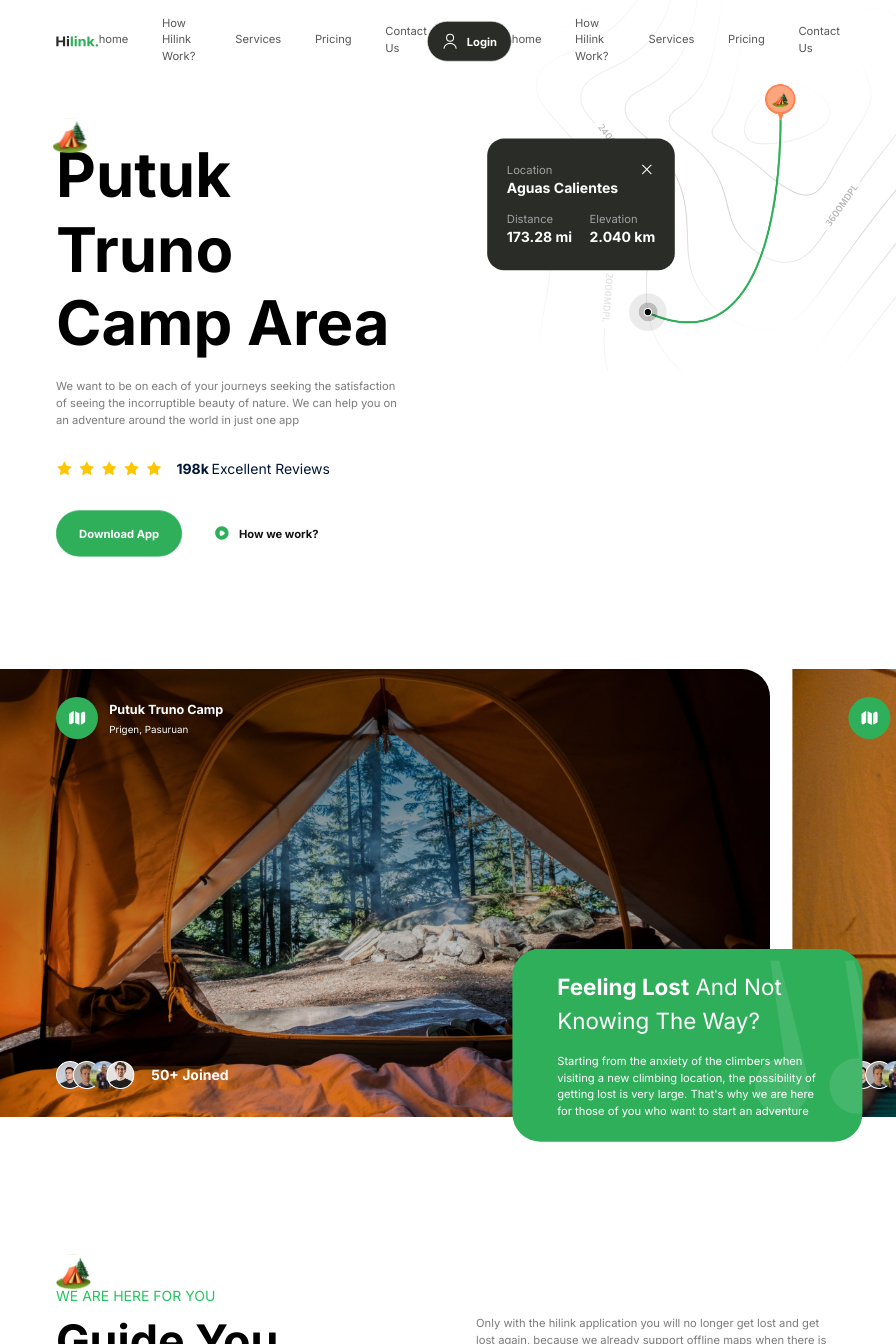
Repository: abdulrahmanmahmood/Travel-App
Page: /
The author's editor kept a copy of each file at every save. The page is drawn from the files as they stood at one save, then again after the next save.
The browser window is 1280 px wide. The pictures show the part of the page from y = 0 to 1920 px (the page is 4975 px tall before and 4955 px after), at 70% of full size.
The project was rebuilt for these pictures with package versions that can differ from the ones it lists, and the page was loaded fresh each time. The framework's server and built-in components were replaced by stand-ins that run in the browser. Also part of the build but not shown: next.config.js.

Above is the page before, as saved 2023-11-10 10:48:23.

### app/layout.tsx
import './globals.css'
import type { Metadata } from 'next';
import './globals.css'
import Navbar from '@/components/Navbar';
import Footer from '@/components/Footer';


export const metadata: Metadata = {
  title: 'Travel',
  description: 'Travel UI/UX App for camping',
}

export default function RootLayout({
  children,
}: {
  children: React.ReactNode
}) {
  return (
    <html lang="en">
      <body >
        <Navbar/>
        {children}
        <Footer/>
      </body>
    </html>
  )
}

### app/page.tsx
import Features from "@/components/Features"
import GetApp from "@/components/GetApp"
import Guide from "@/components/Guide"
import Hero from "@/components/Hero"
import Camp from "@/components/camp"

export default function Home() {
  return (
    <>
    <Hero/>
    <Camp/>
    <Guide/>
    <Features/>
    <GetApp/>
 </>
  )
}

### app/globals.css
@import url('https://fonts.googleapis.com/css2?family=Inter:wght@400;500;600;700;800&display=swap');

@tailwind base;
@tailwind components;
@tailwind utilities;

* {
  margin: 0;
  padding: 0;
  box-sizing: border-box;
}

body {
  font-family: Inter;
}

@layer utilities {
  .btn_white {
    @apply  border-white bg-white px-8 py-3 text-green-50
  }
  .btn_white_text  {
    @apply  border-white bg-white px-8 py-3 text-gray-90
  }
  .btn_green  {
    @apply  border-green-50 bg-green-50 px-8 py-5 text-white
  }
  .btn_dark_green {
    @apply  bg-green-90 px-8 py-4 text-white transition-all hover:bg-black
  }
  .btn_dark_green_outline  {
    @apply border-gray-20 bg-green-90 px-8 py-5 text-white
  }

  .max-container {
    @apply mx-auto max-w-[1440px];
  }

  .padding-container {
    @apply px-6 lg:px-20 3xl:px-0;
  }

  .flexCenter {
    @apply flex items-center justify-center;
  }

  .flexBetween {
    @apply flex items-center justify-between;
  }

  .flexStart {
    @apply flex items-center justify-start;
  }

  .flexEnd {
    @apply flex items-center justify-end;
  }

  /* FONTS */
  .regular-64 {
    @apply text-[64px] font-[400] leading-[120%];
  }

  .regular-40 {
    @apply text-[40px] font-[400] leading-[120%];
  }

  .regular-32 {
    @apply text-[32px] font-[400];
  }

  .regular-24 {
    @apply text-[24px] font-[400];
  }

  .regular-20 {
    @apply text-[20px] font-[400];
  }

  .regular-18 {
    @apply text-[18px] font-[400];
  }

  .regular-16 {
    @apply text-[16px] font-[400];
  }

  .regular-14 {
    @apply text-[14px] font-[400];
  }

  .medium-14 {
    @apply text-[14px] font-[600];
  }

  .bold-88 {
    @apply text-[88px] font-[700] leading-[120%];
  }

  .bold-64 {
    @apply text-[64px] font-[700] leading-[120%];
  }

  .bold-52 {
    @apply text-[52px] font-[700] leading-[120%];
  }

  .bold-40 {
    @apply text-[40px] font-[700] leading-[120%];
  }

  .bold-32 {
    @apply text-[32px] font-[700] leading-[120%];
  }

  .bold-20 {
    @apply text-[20px] font-[700];
  }

  .bold-18 {
    @apply text-[18px] font-[700];
  }

  .bold-16 {
    @apply text-[16px] font-[700];
  }

  /* Hero */
  .hero-map {
    @apply absolute right-0 top-0 h-screen w-screen bg-pattern-2 bg-cover bg-center md:w-[800px] md:-right-0 md:mt-[50px] xl:-top-60;
  }

  /* Camp */
  .camp-quote {
    @apply absolute -right-6 bottom-4 w-[140px] lg:bottom-10 xl:-right-8 xl:w-[186px] 3xl:right-0;
  }

  /* Feature */
  .feature-phone {
    @apply absolute top-[13%] z-10 hidden max-w-[1500px] rotate-[15deg] md:-left-16 lg:flex  3xl:left-20;
  }

  /* Get App */
  .get-app {
    @apply max-container relative flex w-full  flex-col justify-between gap-32 overflow-hidden bg-green-90 bg-pattern bg-cover bg-center bg-no-repeat px-6 py-12 text-white sm:flex-row sm:gap-12 sm:py-24 lg:px-20 xl:max-h-[598px] 2xl:rounded-5xl;
  }
}

/* Hide scrollbar for Chrome, Safari and Opera */
.hide-scrollbar::-webkit-scrollbar {
  display: none;
}

/* Hide scrollbar for IE, Edge and Firefox */
.hide-scrollbar {
  -ms-overflow-style: none; /* IE and Edge */
  scrollbar-width: none; /* Firefox */
}

### components/Navbar.tsx
import { NAV_LINKS } from "@/constants";
import Image from "next/image";
import Link from "next/link";
import Button from "./Button";

const Navbar = () => {
  return (
    <nav
      className=" flexBetween max-container padding-container relative z-30
    py-5"
    >
      <Link href="/">
        <Image src="/hilink-logo.svg" alt="logo" width={74} height={28} />
      </Link>
      <ul className="hidden h-full gap-12 lg:flex">
        {NAV_LINKS.map((link) => (
          <Link
            href={link.href}
            key={link.key}
            className="regular-16 text-gray-50 flexCenter cursor-pointer pb-1.5 transition-all hover:font-bold"
          >
            {link.label}
          </Link>
        ))}
      </ul>
      <div className="lg:flexCenter  hidden ">
        <Button
          type="button"
          title="Login"
          icon="/user.svg"
          variant="btn_dark_green"
        />
      </div>
      <Image
        src="/menu.svg"
        alt="menu"
        width={32}
        height={32}
        className="inline-block cursor-pointer lg:hidden"
      />
      <ul className="lg:flexCenter  hidden  h-full gap-12 ">
        {NAV_LINKS.map((link) => (
          <Link
            href={link.href}
            key={link.key}
            className="regular-16 text-gray-50 flexCenter cursor-pointer pb-1.5 transition-all hover:font-bold"
          >
            {link.label}
          </Link>
        ))}
      </ul>
    </nav>
  );
};

export default Navbar;

### components/Footer.tsx
import { FOOTER_CONTACT_INFO, FOOTER_LINKS, SOCIALS } from "@/constants";
import Image from "next/image";
import Link from "next/link";
import React from "react";

const Footer = () => {
  return (
    <footer className="flexCenter mb-24 ">
      <div className="padding-container max-container flex w-full flex-col gap-14 ">
        <div className="flex flex-col items-start justify-center gap-[10%] md:flex-row ">
          <Link href="/" className="mb-10">
            <Image src="hilink-logo.svg" alt="logo" width={74} height={29} />
          </Link>
          <div className="flex flex-wrap gap-10 sm:justify-between md:flex-1">
            {FOOTER_LINKS.map((columns) => (
              <FooterColumn title={columns.title}>
                <ul className="regular-14 flex flex-col gap-4 text-gray-30">
                  {columns.links.map((link) => (
                    <Link href="/" key={link}>
                      {link}
                    </Link>
                  ))}
                </ul>
              </FooterColumn>
            ))}

            <div className="flex flex-col gap-5">
                    <FooterColumn title={FOOTER_CONTACT_INFO.title}>
                      {FOOTER_CONTACT_INFO.links.map((link)=>(
                        <Link href='/' key={link.label} className="flex gap-4 md:flex-col lg:flex-row">
                        <p className="whitespace-nowrap">
                          {link.label}:
                        </p>
                        <p className="medium-14 whitespace-nowrap text-blue-70">{link.value}</p>
                        </Link>
                      ))}
                    </FooterColumn>
            </div>
            <div className="flex flex-col gap-5 ">
                      <FooterColumn title={SOCIALS.title}>
                          <ul className="regular-14 flex gap-4 text-gray-30">
                            {SOCIALS.links.map((link)=>(
                              <Link href='link' key={link}>
                                <Image src={link} alt="logo" width={24} height={24}/>
                              </Link>
                            ))}
                          </ul>
                      </FooterColumn>
            </div>
          </div>
        </div>
        <div className="border bg-gray-20 "/>
        <p className="regular-14 w-full text-center text-gray-30">2023 Hilink | All rights reserved</p>
      </div>
    </footer>
  );
};
type FooterColumnProps = {
  title: string;
  children: React.ReactNode;
};

const FooterColumn = ({ title, children }: FooterColumnProps) => {
  return (
    <div className="flex flex-col gap-5 ">
      <h4 className="bold-18 whitespace-nowrap">{title}</h4>
      {children}
    </div>
  );
};

export default Footer;

### components/Features.tsx
import { FEATURES } from "@/constants";
import Image from "next/image";
import { title } from "process";

function Features() {
  return (
    <section className=" flex-col  flexCenter overflow-hidden bg-feature-bg bg-center bg-no-repeat py-24">
      <div className="flex max-container padding-container relative w-full justify-end">
        <div className="flex flex-1 lg:min-h-[900px]">
          <Image
            src="/phone.png"
            alt="phone"
            height={1000}
            width={440}
            className="feature-phone"
          />
        </div>
        <div className="z-20 flex w-full flex-col  lg:w-[60%]">
          <div className="relative ">
            <Image
              src="/camp.svg"
              alt="camp"
              width={50}
              height={50}
              className="absolute top-[-30px] left-[5px] w-10 lg:w-[50px]"
            />
            <h2 className="bold-40 lg:bold-64 -mt-1">Our Features</h2>
          </div>
          <ul className="mt-10 grid gap-10 md:grid-cols-2 lg:mt-20 lg:gap-20 ">
            {FEATURES.map((feature) => (
              <FeatureItem
                key={feature.title}
                icon={feature.icon}
                title={feature.title}
                description={feature.description}
              />
            ))}
          </ul>
        </div>
      </div>
    </section>
  );
}
type FeatureItem = {
  title: string;
  icon: string;
  description: string;
};

const FeatureItem = ({ title, icon, description }: FeatureItem) => {
  return(
  <li className="flex w-full flex-1 flex-col items-start">
    <div className="rounded-full p-4 lg:p-7 bg-green-50">
      <Image src={icon} alt="featureItemImage" width={28} height={28}/>
    </div>
    <h2 className="bold-20 lg:bold-32  mt-5 capitalize">{title}</h2>
    <p className="regular-16 mt-5 bg-white/80 text-gray-30 lg:mt-[30px] lg:bg-none">{description}</p>
  </li>)
};

export default Features;

### components/GetApp.tsx
import Image from "next/image";
import Button from "./Button";

function GetApp() {
  return (
    <section className="flexCenter w-full flex-col pb-[100px]">
      <div className="get-app">
        <div className=" z-20 flex w-full flex-1 flex-col items-start justify-center gap-12">
          <h2 className="bold-40 lg:bold-64 xl:max-w-[320px]">
            Get for free now!{" "}
          </h2>
          <p className="regular-16 text-gray-10">
            Available on iOS and Android
          </p>
          <div className="flex w-full flex-col gap-3 whitespace-nowrap xl:flex-row">
            <Button
              type="button"
              title="App Store"
              variant="btn_white"
              icon="/apple.svg"
              full
            />
            <Button
              type="button"
              title="Play Store "
              variant="btn_dark_green_outline"
              icon="/android.svg"
              full
            />
          </div>
        </div>
        <div className="flex flex-1 items-center justify-end">
          <Image src='/phones.png' alt="phones" width={550} height={870}/>
        </div>
      </div>
    </section>
  );
}

export default GetApp;

### components/Guide.tsx
import Image from "next/image";

function Guide() {
  return (
    <section className="flexCenter flex-col">
      <div className=" padding-container max-container w-full pb-24  ">
        <Image src="/camp.svg" alt="camp" width={50} height={50} />
        <p className="uppercase text-xl bold text-green-500 -mt-1 mb-3 ">
          WE ARE here FOR YOU
        </p>
        <div className="flex flex-wrap justify-between gap-5 lg:gap-10">
          <h2 className="capitalize  bold-40 lg:bold-64 xl:max-w-[390px]">
            Guide You to Easy Path
          </h2>
          <p className=" regular-16 text-gray-30 xl:max-w-[520px]">
            Only with the hilink application you will no longer get lost and get
            lost again, because we already support offline maps when there is no
            internet connection in the field. Invite your friends, relatives and
            friends to have fun in the wilderness through the valley and reach
            the top of the mountain
          </p>
        </div>
      </div>
      <div className=" flexCenter max-container relative w-full ">
        <Image
          src="/boat.png"
          alt="image"
          width={1440}
          height={580}
          className="w-full object-cover object-center 2xl:rounded-5"
        />
        <div className="absolute flex bg-white py-8 pl-5 pr-7 gap-3 rounded-3xl border shadow-md md:left-[5%] lg:top-20">
          <Image src='/meter.svg' alt="meter" width={15} height={158} className="h-full w-auto"/>
          <div className="flexBetween flex-col ">
            <div className="flex w-full flex-col">
              <div className="flexBetween w-full ">
                <p className="regular-16 text-gray-500">Destination</p>
                <p className="bold-16 text-green-50">48 min</p>
              </div>
              <p className="bold-20 mt-2 mb-2 ">Aguas Calientes</p>
            </div>
            <div className="flex w-full flex-col">
              <p className="regular-16 text-gray-500 mt-4">Start track</p>
              <h4 className="bold-20 mt-2 whitespace-nowrap">Wonorejo Pasuruan</h4>
            </div>
          I</div>
        </div>
      </div>
    </section>
  );
}

export default Guide;

### components/Hero.tsx
import Image from "next/image";
import Button from "./Button";

function Hero() {
  return (
    <section className="max-container padding-container flex flex-col gap-20 py-10 pb-32 md:gap-28 lg:py-20 xl:flex-row">
      {/* LEFT */}
      <div className="hero-map " />

      <div className="relative z-20 flex flex-1 flex-col xl:w-1/2">
        <Image
          src="/camp.svg"
          alt="camp"
          width={50}
          height={50}
          className="absolute left-[-5px] top-[-30px] w-10 lg:w-[50px]"
        />
        <h1 className="bold-52 lg:bold-88">Putuk Truno Camp Area</h1>
        <p className="regular-16 mt-6 text-gray-30 xl:max-w-[520px]">
          We want to be on each of your journeys seeking the satisfaction of
          seeing the incorruptible beauty of nature. We can help you on an
          adventure around the world in just one app
        </p>
        <div className="my-11 flex flex-wrap gap-5">
          <div className="flex items-center gap-2">
            {Array(5)
              .fill(1)
              .map((_, index) => (
                <Image
                  key={index}
                  src="/star.svg"
                  alt="star"
                  width={24}
                  height={24}
                />
              ))}
          </div>
          <p className="bold-16 lg:bold-20 text-blue-70">
            198k
            <span className="regular-16 lg:regular-20 ml-1 ">
              Excellent Reviews
            </span>
          </p>
        </div>
        <div className="flex flex-col w-full gap-3 sm:flex-row">
          <Button
            type={"button"}
            title={"Download App"}
            variant={"btn_green"}
          />
          <Button
            type={"button"}
            title={"How we work?"}
            variant={"btn_white_text"}
            icon="/play.svg"
          />
        </div>
      </div>

      <div className="relative flex flex-1 items-start ">
        <div className="relative z-20 w-[268px] flex-col gap-8 rounded-3xl bg-green-90 px-7 py-8">
          <div className="fle flex-col">
            <div className="flexBetween">
              <p className="regular-16 text-gray-20">Location</p>
              <Image src="/close.svg" alt="close" width={24} height={24} />
            </div>
            <p className="bold-20 text-white">Aguas Calientes</p>
          </div>

          <div className="flexBetween  pt-4">
            <div className="flex flex-col">
              <p className="regular-16 block text-gray-20">Distance</p>
              <p className="bold-20 text-white">173.28 mi</p>
            </div>
            <div className="flex flex-col">
              <p className="regular-16 block text-gray-20">Elevation</p>
              <p className="bold-20 text-white">2.040 km</p>
            </div>
          </div>
        </div>
      </div>
    </section>
  );
}

export default Hero;

### components/camp.tsx
import { PEOPLE_URL } from "@/constants";
import Image from "next/image";
import { type } from "os";

interface CampProps {
  backgroundImage: string;
  title: string;
  subtitle: string;
  peoplejoined: string;
}

const CampSite = ({
  backgroundImage,
  title,
  subtitle,
  peoplejoined,
}: CampProps) => {
  return (
    <div
      className={`h-full w-full min-w-[1100px] ${backgroundImage} bg-cover bg-no-repeat lg:rounded-r-5xl 2xl:rounded-5xl `}
    >
      <div className="flex h-full flex-col items-start justify-between p-6 lg:px-20 lg:py-10 ">
        <div className=" flexCenter gap-4">
          <div className="rounded-full bg-green-50 p-4">
            <Image src="/folded-map.svg" alt="folded" height={28} width={28} />
          </div>
          <div className="flex flex-col gap-1">
            <h4 className="bold-18 text-white">{title}</h4>
            <p className="regular-14 text-white">{subtitle}</p>
          </div>
        </div>
        <div className="flexCenter gap-6 ">
          <span className="flex -space-x-4 overflow-hidden">
            {PEOPLE_URL.map((url, index) => (
              <Image
                src={url}
                key={index}
                height={53}
                width={53}
                alt="alt"
                className="inline-block h-10 w-10 r-4"
              />
            ))}
          </span>
          <p className="bold-16 md:bold-20 text-white">{peoplejoined}</p>
        </div>
      </div>
    </div>
  );
};

function camp() {
  return (
    <section className=" 2xl:max-container relative flex flex-col py-10 lg-mb-10 lg:py-20 xl:mb-20">
      <div className="hide-scrollbar flex h-[340px] w-full items-start justify-start gap-8 overflow-x-auto lg:h[400px] xl:h-[640px]">
        <CampSite
          backgroundImage="bg-bg-img-1"
          title="Putuk Truno Camp"
          subtitle="Prigen, Pasuruan"
          peoplejoined="50+ Joined"
        />
        <CampSite
          backgroundImage="bg-bg-img-2"
          title="Mountain View Camp"
          subtitle="Somewhere in the Wilderness"
          peoplejoined="50+ Joined"
        />
      </div>

      <div className=" flexEnd  mt-10 px-6 lg:-mt-60 lg:mr-6 ">
        <div
          className="bg-green-50 p-8 lg:max-w-[500px] xl:max-[734px]
        xl:rounded-5xl xl:px-16 px:py-20 relative w-full overflow-hidden rounded-3xl "
        >
          <h2 className="regular-24 md:regular-32 2xl:regular-64 text-white capitalize">
            <strong>Feeling Lost</strong> And Not Knowing The Way?
          </h2>
          <p className="regular-14 xl:regular-16 mt-5 text-white">
            Starting from the anxiety of the climbers when visiting a new
            climbing location, the possibility of getting lost is very large.
            That's why we are here for those of you who want to start an
            adventure
          </p>
          <Image
            src="/quote.svg"
            alt="camp-2"
            width={186}
            height={219}
            className="camp-quote"
          />
        </div>
      </div>
    </section>
  );
}

export default camp;

### constants/index.ts
export const NAV_LINKS = [
  {href:"/", key:"home", label:"home"},
  { href: '/', key: 'how_hilink_work', label: 'How Hilink Work?' },
  { href: '/', key: 'services', label: 'Services' },
  { href: '/', key: 'pricing ', label: 'Pricing ' },
  { href: '/', key: 'contact_us', label: 'Contact Us' },
]

export const PEOPLE_URL = [
  '/person-1.png',
  '/person-2.png',
  '/acpc-modified (1).png',
  '/person-4.png',
];


export const FEATURES = [
  {
    title: 'Real maps can be offline',
    icon: '/map.svg',
    variant: 'green',
    description:
      'We provide a solution for you to be able to use our application when climbing, yes offline maps you can use at any time there is no signal at the location',
  },
  {
    title: 'Set an adventure schedule',
    icon: '/calendar.svg',
    variant: 'green',
    description:
      "Schedule an adventure with friends. On holidays, there are many interesting offers from Hilink. That way, there's no more discussion",
  },
  {
    title: 'Technology using augment reality',
    icon: '/tech.svg',
    variant: 'green',
    description:
      'Technology uses augmented reality as a guide to your hiking trail in the forest to the top of the mountain. Already supported by the latest technology without an internet connection',
  },
  {
    title: 'Many new locations every month',
    icon: '/location.svg',
    variant: 'orange',
    description:
      'Lots of new locations every month, because we have a worldwide community of climbers who share their best experiences with climbing',
  },
];


export const FOOTER_LINKS = [
  {
    title: 'Learn More',
    links: [
      'About Hilink',
      'Press Releases',
      'Environment',
      'Jobs',
      'Privacy Policy',
      'Contact Us',
    ],
  },
  {
    title: 'Our Community',
    links: ['Climbing xixixi', 'Hiking hilink', 'Hilink kinthill'],
  },
];

export const FOOTER_CONTACT_INFO = {
  title: 'Contact Us',
  links: [
    { label: 'Admin Officer', value: '123-456-7890' },
    { label: 'Email Officer', value: 'hilink@akinthil.com' },
  ],
};

export const SOCIALS = {
  title: 'Social',
  links: [
    '/facebook.svg',
    '/instagram.svg',
    '/twitter.svg',
    '/youtube.svg',
    '/wordpress.svg',
  ],
};

### components/Button.tsx
import Image from "next/image";

type ButtonProps = {
  type: "button" | "submit";
  title: string;
  icon?: string;
  variant: string;
  full?:boolean;
};

function Button({ type, title, icon, variant, full }: ButtonProps) {
  return (
    <button
      type={type}
      className={`flexCenter gap-3 rounded-full border ${variant} ${full && 'w-full'}`}
    >
      {icon && <Image src={icon} alt={title} width={24} height={24} />}
      <label className="bold-16 whitespace-nowrap cursor-pointer">{title}</label>
    </button>
  );
}

export default Button;

Loaded but not shown: tailwind.config.ts (common file)

After the next save:
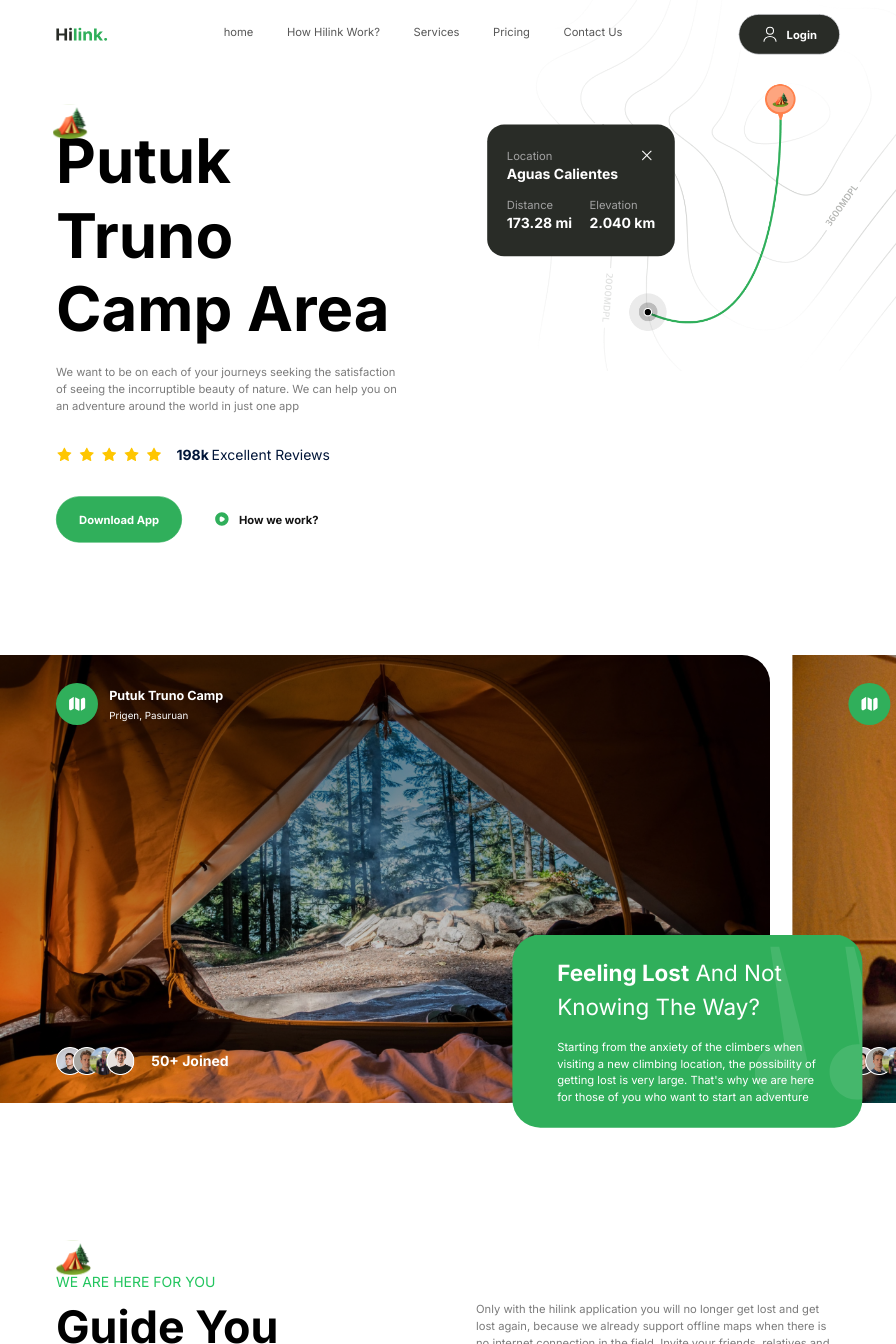
Saved 7 s later.
--- a/components/Navbar.tsx
+++ b/components/Navbar.tsx
@@ -38,7 +38,7 @@ const Navbar = () => {
         height={32}
         className="inline-block cursor-pointer lg:hidden"
       />
-      <ul className="lg:flexCenter  hidden  h-full gap-12 ">
+      <ul className="hidden h-full gap-12 ">
         {NAV_LINKS.map((link) => (
           <Link
             href={link.href}
